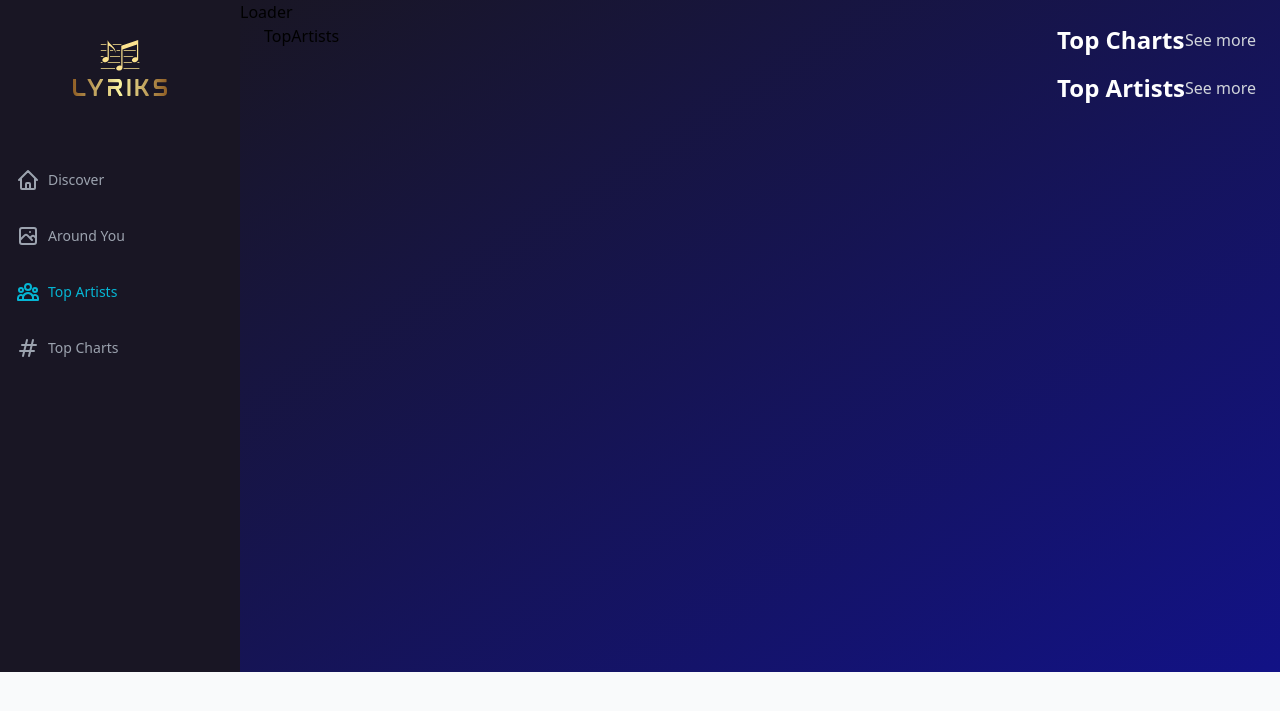
Repository: remydev47/Beats
Page: /top-artists
The author's editor kept a copy of each file at every save. The page is drawn from the files as they stood at one save, then again after the next save.
The browser window is 1280 px wide. The pictures show the whole page.
The page's requests for data from a server got no answer. The project was rebuilt for these pictures with package versions that can differ from the ones it lists, and the page was loaded fresh each time. No one was signed in, and anything a server would have sent is missing. Also part of the build but not shown: vite.config.js, src/components/PlayPause.jsx, src/components/SongCard.jsx, src/components/ArtistCard.jsx, src/components/DetailsHeader.jsx, src/components/SongBar.jsx, src/components/RelatedSongs.jsx, src/components/MusicPlayer/Controls.jsx and 13 more.

Above is the page before, as saved 2022-09-24 20:42:27.

After the next save:
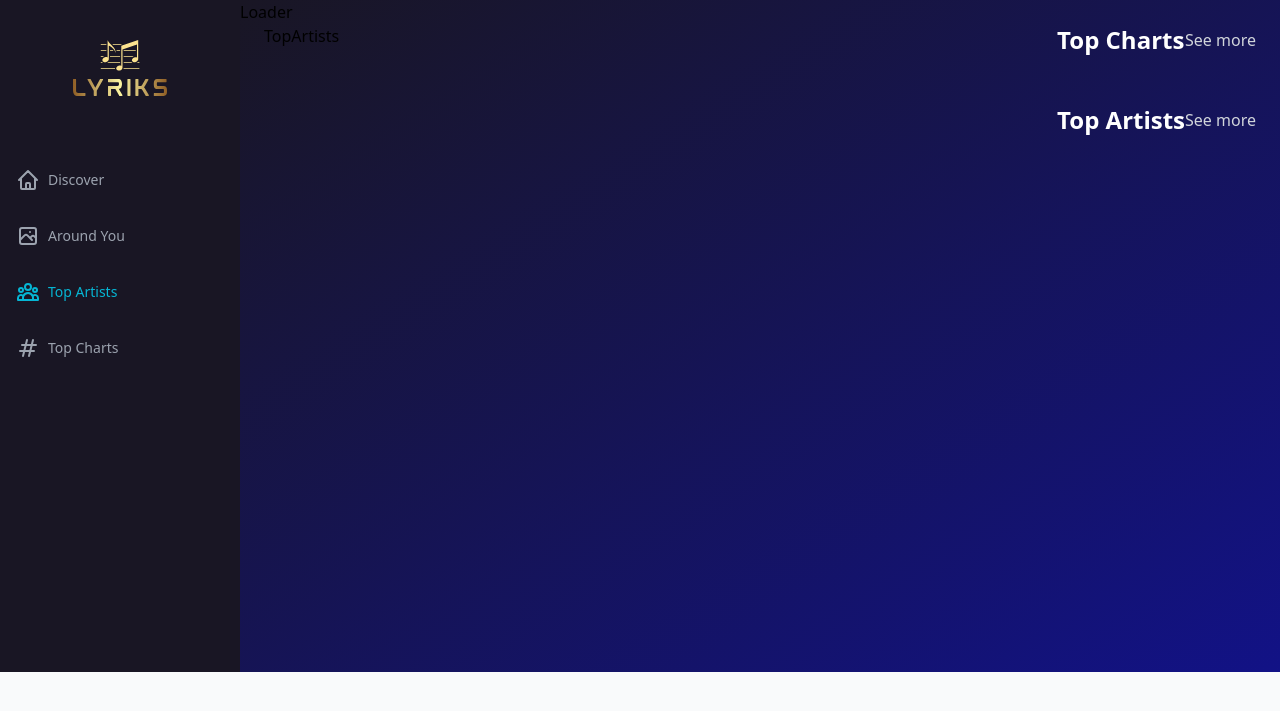
Saved 6 min 2 s later.
--- a/src/components/TopPlay.jsx
+++ b/src/components/TopPlay.jsx
@@ -65,14 +65,27 @@ const TopPlay = () => {
         </div>
       </div>
 
-      <div>
+      <div className="w-full flex flex-col mt-8">
         <div className="flex flex-row justify-between items-center">
           <h2 className="text-white font-bold text-2xl">Top Artists</h2>
           <Link to="/top-charts">
             <p className="text-gray-300 text-base cursor-pointer">See more</p>
           </Link>
          </div>
+         <Swiper
+           slidesPerView="auto"
+           spaceBetween={15}
+           freeMode
+           centeredSlides
+           centeredSlidesBounds
+           modules={[FreeMode]}
+           className="mt-4"
+         >
+
+         </Swiper>
+
       </div>
+
     </div>
   )
 }
